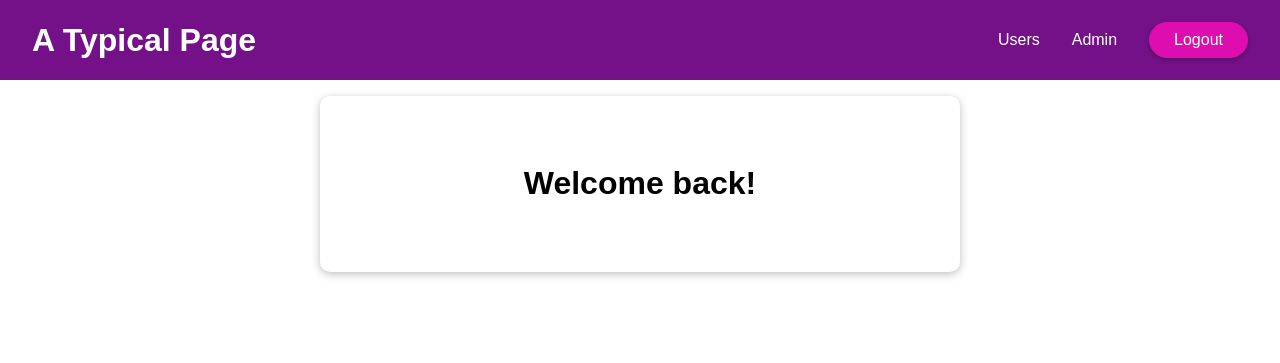
Repository: belkhalil/side_effects
Page: /
An editor plug-in stored every save of this project. The page is shown before and after the next save, followed by the edit.
The browser window is 1280 px wide. The pictures show the whole page.
The project was rebuilt for these pictures with package versions that can differ from the ones it lists, and the page was loaded fresh each time.

Above is the page before, as saved 2023-05-09 11:38:01.

### src/App.js
import React, { useEffect, useState } from 'react';

import Login from './components/Login/Login';
import Home from './components/Home/Home';
import MainHeader from './components/MainHeader/MainHeader';

function App() {
  const [isLoggedIn, setIsLoggedIn] = useState(false);

  useEffect(() => {
    localStorage.setItem('isLoggedIn', '1');

    if (localStorage.getItem('isLoggedIn') === '1') {
      setIsLoggedIn('1');
    }
  }, [])


  const loginHandler = (email, password) => {
    // We should of course check email and password
    // But it's just a dummy/ demo anyways
    setIsLoggedIn(true);
  };

  const logoutHandler = () => {
    setIsLoggedIn(false);
    localStorage.removeItem('isLoggedIn');
  };

  return (
    <React.Fragment>
      <MainHeader isAuthenticated={isLoggedIn} onLogout={logoutHandler} />
      <main>
        {!isLoggedIn && <Login onLogin={loginHandler} />}
        {isLoggedIn && <Home onLogout={logoutHandler} />}
      </main>
    </React.Fragment>
  );
}

export default App;

### src/components/Login/Login.js
import React, { useEffect, useState } from 'react';

import Card from '../UI/Card/Card';
import classes from './Login.module.css';
import Button from '../UI/Button/Button';

const Login = (props) => {
  const [enteredEmail, setEnteredEmail] = useState('');
  const [emailIsValid, setEmailIsValid] = useState();
  const [enteredPassword, setEnteredPassword] = useState('');
  const [passwordIsValid, setPasswordIsValid] = useState();
  const [formIsValid, setFormIsValid] = useState(false);


  useEffect(() => {
    const identifier = setTimeout(()=>{
      console.log('checking form validity!')
     setFormIsValid(
      enteredEmail.includes('@') && enteredPassword.trim().length > 6
    );
    },500)
    return ()=>{
      console.log('CLEANUP');
      clearTimeout(identifier);
    };
  }, [enteredEmail, enteredPassword]);

  const emailChangeHandler = (event) => {
    setEnteredEmail(event.target.value);


  };

  const passwordChangeHandler = (event) => {
    setEnteredPassword(event.target.value);


  };

  const validateEmailHandler = () => {
    setEmailIsValid(enteredEmail.includes('@'));
  };

  const validatePasswordHandler = () => {
    setPasswordIsValid(enteredPassword.trim().length > 6);
  };

  const submitHandler = (event) => {
    event.preventDefault();
    props.onLogin(enteredEmail, enteredPassword);
  };

  return (
    <Card className={classes.login}>
      <form onSubmit={submitHandler}>
        <div
          className={`${classes.control} ${emailIsValid === false ? classes.invalid : ''
            }`}
        >
          <label htmlFor="email">E-Mail</label>
          <input
            type="email"
            id="email"
            value={enteredEmail}
            onChange={emailChangeHandler}
            onBlur={validateEmailHandler}
          />
        </div>
        <div
          className={`${classes.control} ${passwordIsValid === false ? classes.invalid : ''
            }`}
        >
          <label htmlFor="password">Password</label>
          <input
            type="password"
            id="password"
            value={enteredPassword}
            onChange={passwordChangeHandler}
            onBlur={validatePasswordHandler}
          />
        </div>
        <div className={classes.actions}>
          <Button type="submit" className={classes.btn} disabled={!formIsValid}>
            Login
          </Button>
        </div>
      </form>
    </Card>
  );
};

export default Login;

### src/components/Login/Login.module.css
.login {
  width: 90%;
  max-width: 40rem;
  margin: 2rem auto;
  padding: 2rem;
}

.control {
  margin: 1rem 0;
  display: flex;
  align-items: stretch;
  flex-direction: column;
}

.control label,
.control input {
  display: block;
}

.control label {
  font-weight: bold;
  flex: 1;
  color: #464646;
  margin-bottom: 0.5rem;
}

.control input {
  flex: 3;
  font: inherit;
  padding: 0.35rem 0.35rem;
  border-radius: 6px;
  border: 1px solid #ccc;
}

.control input:focus {
  outline: none;
  border-color: #4f005f;
  background: #f6dbfc;
}

.control.invalid input {
  border-color: red;
  background: #fbdada;
}

.actions {
  text-align: center;
}

@media (min-width: 768px) {
  .control {
    align-items: center;
    flex-direction: row;
  }

}

Loaded but not shown: public/index.html (common file); src/index.js (common file); src/index.css (common file); src/components/Home/Home.js (common file); src/components/MainHeader/MainHeader.js (common file); src/components/UI/Card/Card.js (common file); src/components/UI/Button/Button.js (common file); src/components/Home/Home.module.css (common file); src/components/MainHeader/Navigation.js (common file); src/components/MainHeader/MainHeader.module.css (common file); src/components/UI/Card/Card.module.css (common file); src/components/MainHeader/Navigation.module.css (common file); src/components/UI/Button/Button.module.css (common file)

After the next save:
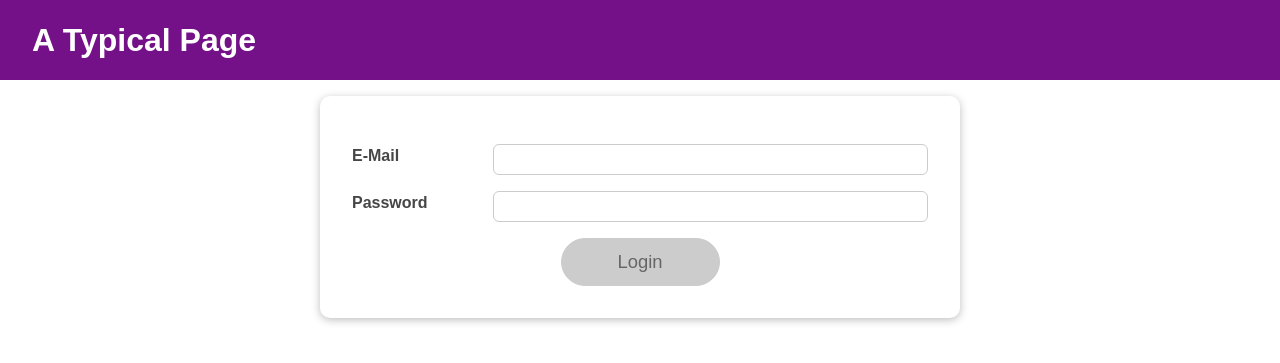
Saved 4 min 50 s later.
--- a/src/App.js
+++ b/src/App.js
@@ -8,7 +8,7 @@ function App() {
   const [isLoggedIn, setIsLoggedIn] = useState(false);
 
   useEffect(() => {
-    localStorage.setItem('isLoggedIn', '1');
+
 
     if (localStorage.getItem('isLoggedIn') === '1') {
       setIsLoggedIn('1');
@@ -17,6 +17,7 @@ function App() {
 
 
   const loginHandler = (email, password) => {
+    localStorage.setItem('isLoggedIn', '1');
     // We should of course check email and password
     // But it's just a dummy/ demo anyways
     setIsLoggedIn(true);
